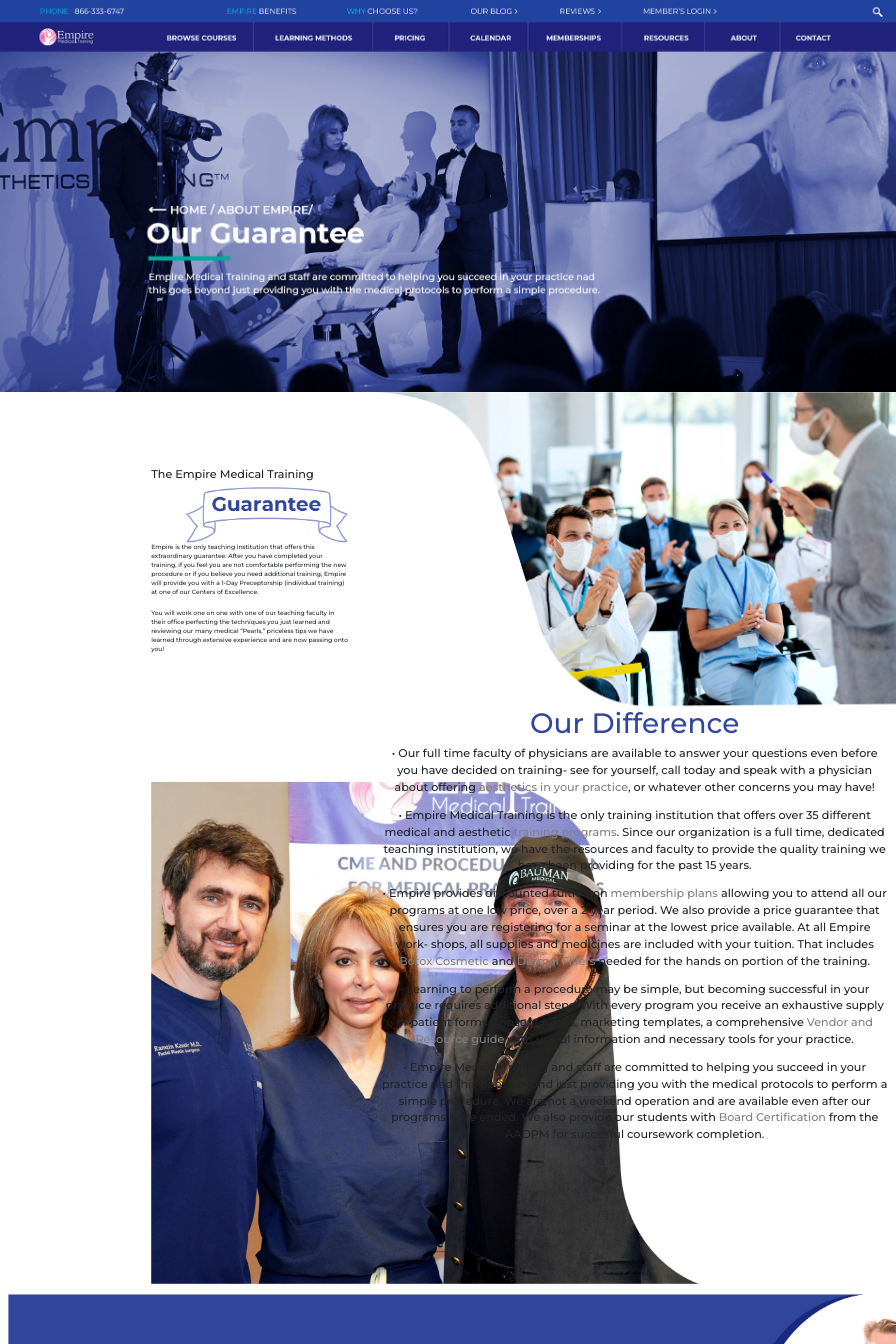
Repository: jorgi710/BODY-CONTOURING-INJECTABLES-AND-ADJUNCT-PROCEDURES
Page: our quarantee/file/src/index.html
The author's editor kept a copy of each file at every save. The page is drawn from the files as they stood at one save, then again after the next save.
The browser window is 1280 px wide. The pictures show the part of the page from y = 0 to 1920 px (the page is 6415 px tall), at 70% of full size.

Above is the page before, as saved 2021-04-06 08:46:23.

### our quarantee/file/src/index.html
<!DOCTYPE html>
<html lang="en">
  <head>
    <meta charset="UTF-8" />
    <meta http-equiv="X-UA-Compatible" content="IE=edge" />
    <meta name="viewport" content="width=device-width, initial-scale=1.0" />
    <title>Page_3</title>

    <link
      href="https://cdn.jsdelivr.net/npm/bootstrap@5.0.0-beta3/dist/css/bootstrap.min.css"
      rel="stylesheet"
      integrity="sha384-eOJMYsd53ii+scO/bJGFsiCZc+5NDVN2yr8+0RDqr0Ql0h+rP48ckxlpbzKgwra6"
      crossorigin="anonymous"
    />
    <link
      href="https://fonts.googleapis.com/css2?family=Montserrat:wght@400;500;600;700&display=swap"
      rel="stylesheet"
    />
    <link rel="stylesheet" href="../css/style.css" />
  </head>
  <body>
    <header>
      <div class="container-fluid m-0 p-0">
        <img
          src="../assets/header.jpg"
          alt="navbar"
          class="img-fluid m-0 p-0"
        />
      </div>
    </header>
    <main>
      <section class="section_1">
        <div class="container-fluid text-center">
          <div class="row">
            <div class="col-sm-12 col-md-5 text-start">
              <div class="content_section_1">
                <h1 class="bold">The Empire Medical Training</h1>
                <img src="../assets/logo_main.jpg" alt="logo" class="logo" />
                <p class="medium">
                  Empire is the only teaching institution that offers this
                  extraordinary guarantee: After you have completed your
                  training, if you feel you are not comfortable performing the
                  new procedure or if you believe you need additional training,
                  Empire will provide you with a 1-Day Preceptorship (individual
                  training) at one of our Centers of Excellence.
                </p>
                <p class="medium">
                  You will work one on one with one of our teaching faculty in
                  their office perfecting the techniques you just learned and
                  reviewing our many medical “Pearls,” priceless tips we have
                  learned through extensive experience and are now passing onto
                  you!
                </p>
              </div>
            </div>
            <div class="col-md-7 justify-content-end p-0">
              <img
                src="../assets/section_1_1_web.jpg"
                alt=""
                class="d-none d-md-block img-fluid"
              />
              <img
                src="../assets/section_1_1_mobil.jpg"
                alt=""
                class="d-md-none img-fluid"
              />
            </div>
          </div>
          <div class="row">
            <div class="col-sm-12 col-md-5">
              <img
                src="../assets/section_1_2_web.jpg"
                alt="Our difference"
                class="d-none d-md-block"
              />
              <img
                src="../assets/section_1_2_mobil.jpg"
                alt=""
                class="d-md-none"
              />
            </div>
            <div class="col-md-7">
              <h1 class="bold azul">Our Difference</h1>
              <p class="medium">
                • Our full time faculty of physicians are available to answer
                your questions even before you have decided on training- see for
                yourself, call today and speak with a physician about offering
                <span class="claro">aesthetics in your practice</span>, or
                whatever other concerns you may have!
              </p>
              <p class="medium">
                • Empire Medical Training is the only training institution that
                offers over 35 different medical and aesthetic
                <span class="claro">training programs</span>. Since our
                organization is a full time, dedicated teaching institution, we
                have the resources and faculty to provide the quality training
                we have been providing for the past 15 years.
              </p>
              <p class="medium">
                • Empire provides discounted tuition on
                <span class="claro">membership plans</span>
                allowing you to attend all our programs at one low price, over a
                2 year period. We also provide a price guarantee that ensures
                you are registering for a seminar at the lowest price available.
                At all Empire work- shops, all supplies and medicines are
                included with your tuition. That includes
                <span class="claro">Botox Cosmetic</span> and
                <span class="claro">Dermal Fillers</span> needed for the hands
                on portion of the training.
              </p>
              <p class="medium">
                • Learning to perform a procedure may be simple, but becoming
                successful in your practice requires additional steps. With
                every program you receive an exhaustive supply of patient forms,
                consent forms, marketing templates, a comprehensive
                <span class="claro">Vendor and Resource guide</span> with useful
                information and necessary tools for your practice.
              </p>
              <p class="medium">
                • Empire Medical Training and staff are committed to helping you
                succeed in your practice nad this goes beyond just providing you
                with the medical protocols to perform a simple procedure. We are
                not a weekend operation and are available even after our
                programs have ended. We also provide our students with
                <span class="claro"> Board Certification</span> from the AAOPM
                for succesful coursework completion.
              </p>
            </div>
          </div>
        </div>
      </section>
      <section class="section_2">
        <div class="container-fluid">
          <img src="../assets/section_2.jpg" alt="Meet Our Trusted Faculty" />

          <div class="content">
            <h1>Meet Our Trusted Faculty</h1>
            <p>
              Empire Medical Training celebrates 15 years of success in training
              physicians and health care professionals. We believe our success
              is due, in part, to the extra things our organization and faculty
              provide for you.
            </p>
            <button class="btn btn-danger"><h3>Meet Faculty</h3></button>
          </div>
        </div>
      </section>
      <section class="section_3">
        <div>
          <h1 class="negro bold">
            <span class="azul">Background &</span> Achievements
          </h1>
          <p class="medium">
            Now a little about Empire Medical Training’s background and
            achievements: Why Empire is committed to excellence:
          </p>
          <p class="medium">
            Empire Medical Training celebrates our 22nd year of training and we
            remain the #1 medical training and certification CME Medical and
            Aesthetic workshops offered each year, Empire has trained over
            125,000 Physicians, Dentists, Nurses, and other Health Care
            Professionals. With countless
            <span class="claro">testimonials</span> from satisfied attendees, we
            stand behind our programs and provide a complete satisfaction
            guarantee. source worldwide.
          </p>
          <p class="medium">
            Empire has acquired a distinguished reputation in education and
            serves as a training facility for Allergan (Botox, Juvederm) and
            Medicis (Restylane), along with many of the largest Aesthetic Laser
            Manufacturers. In addition, Empire is proud to have been chosen by
            the Florida Dental Association (FDA) to train their member Dentists
            in Botox Cosmetic and other Aesthetic Procedures.
          </p>
          <p class="medium">
            At Empire, we believe our success is dependent on you receiving
            quality training and instruction. Empire Medical Training is a
            nationally recognized CME Training Institution for Physicians,
            Dentists, Nurses and other Health Care Professionals.
          </p>
        </div>
        <div class="row">
          <div class="col-sm-12 col-md-6">
            <p class="medium">
              In addition to training at resort hotels, Empire has pioneered the
              first <span class="claro">premier Medical Spa</span> in Fort
              Lauderdale, Florida where physicians can enjoy training on actual
              patients and receive classroom didactic presentations. This
              facility has been designed specifically for training purposes
              utilizing state of the art aesthetic lasers and medical spa
              equipment along with modern classroom facilities and training
              aids. All courses are conducted by Physicians and other
              Specialists in Aesthetics, Pain Management, Surgery, and Medicine.
              Not by less qualified Instructors.
            </p>
            <p class="medium">
              Empire has achieved an outstanding reputation through a
              distinguished faculty of Physician specialists. Your training will
              be conducted by Physicians and other Specialists in Aesthetics,
              Pain Management, Surgery, and Medicine. We believe it is important
              for attendees to be exposed to a faculty of instructors for a more
              complete understanding of the topic, rather than just 1 part time
              physician or nurse instructor like many training companies do.
              Beware of start up seminar companies who employ less qualified
              personnel for your training, or local doctors’ offices with
              impressive web sites looking to supplement their income by
              offering inferior or incomplete training as a side job.
            </p>
          </div>
          <div class="col-sm-12 col-md-6">
            <img
              src="../assets/section_3_web.jpg"
              alt="background achievements"
              class="d-none d-md-block"
            />
            <img
              src="../assets/section_3_mobil.jpg"
              alt="background achievements"
              class="d-md-none"
            />
          </div>
        </div>
      </section>
      <section class="section_4">
        <img src="../assets/section_4.jpg" alt="aesthetics starter kit" />
      </section>
      <section class="section_5">
        <div class="row">
          <div class="col-sm-12 col-md-6">
            <img
              src="../assets/section_5_web.jpg"
              alt="empire"
              class="d-none d-md-block"
            />
            <img
              src="../assets/section_5_mobile.jpg"
              alt="empire"
              class="d-md-none"
            />
          </div>
          <div class="col-md-6">
            <h1 class="bold">
              The Programs at Empire are Actually
              <span class="azul">Hands On</span>
            </h1>
            <p class="medium">
              Many seminar companies claim you will receive hands on training
              but they can not, or, are not qualified to provide this
              experience. During our Aesthetic Programs, Empire attendees will
              inject live patients with real, authentic products – not saline)
              and perform other procedures depending on the topic. During other
              esthetic training and our medical procedures’ training, attendees
              will work on
              <span class="claro">Cadavers from the Medical School</span>
              University lab along with volunteer patients and models.
            </p>
            <p class="medium">
              Empire works with a variety of the largest medical equipment
              manufacturers to help provide the training which requires
              equipment usage, i.e. Aesthetic Lasers and Supplies, Ultrasound, X
              Ray, etc. This variety is essential for attendees to gain a
              complete understanding of the technologies available rather than
              just a limited exposure. You will never see only 1 or 2 laser
              manufacturers at our programs. Beware of training institutions who
              have arrangements with only 1 or 2 vendors.
            </p>
          </div>
        </div>
        <p class="medium">
          Deciding on where you receive you training is an important decision
          and should be made carefully. Make sure your instructors are Physician
          Specialists in their field, i.e. Plastic Surgery and are part of a
          faculty of the institution. Simply reading some instructions is not
          enough, quality instruction means going beyond the technical details
          and into the <span class="claro">“pearls”</span> that make your
          patients happy and give you the reputation you want. Beware of less
          qualified personnel. Be sure the training institution is dedicated to
          training and not a part time doctors office/ seminar company. Make
          sure the programs are fully accredited by a medical academy and not
          “co sponsored” by another institution. Most importantly, beware of
          unrealistic promises and look for training that can and will provide
          Hands- On experience. There is no other effective way to learn
          procedural skills. Empire Medical Training is dedicated to your
          success and we encourage you to ask questions with whomever you decide
          to be trained by.
        </p>
      </section>
    </main>
    <footer>
      <img src="../assets/footer.jpg" alt="footer" class="img-fluid" />
    </footer>
  </body>
</html>

### our quarantee/file/css/style.css
@import url("https://fonts.googleapis.com/css2?family=Montserrat:wght@400;500;600;500&display=swap");
* {
  box-sizing: border-box;
  font-family: var(--fuente);
}
header,
section {
  overflow-x: hidden;
}
:root {
  --fuente: "Montserrat", cursive;
  --azul: #31469d;
  --clarito: #808080;
  --negro: #000000;
  --regular: 400;
  --medium: 500;
  --semi_bold: 600;
  --bold: 500;
}
.regular {
  font-weight: 400;
}
.medium {
  font-weight: 500;
}
.semi {
  font-weight: 600;
}
.bold {
  font-weight: 500;
}
.azul {
  color: #31469d;
}
.claro {
  color: #808080;
}
.negro {
  color: #000000;
}
.section_1 .row .col-md-5 {
  padding: 15vmin 5vmin;
  padding-bottom: 2vmin;
  padding-left: 30vmin;
}
.section_1 .row .col-md-7 img {
  width: 100%;
}
.section_1 .row .col-md-5 h1 {
  font-size: medium;
}
.section_1 .row .col-md-5 p {
  font-size: 1.2vmin;
}
.section_1 .row .col-md-5 .logo {
  width: 100%;
  padding-left: 7vmin;
}

After the next save:
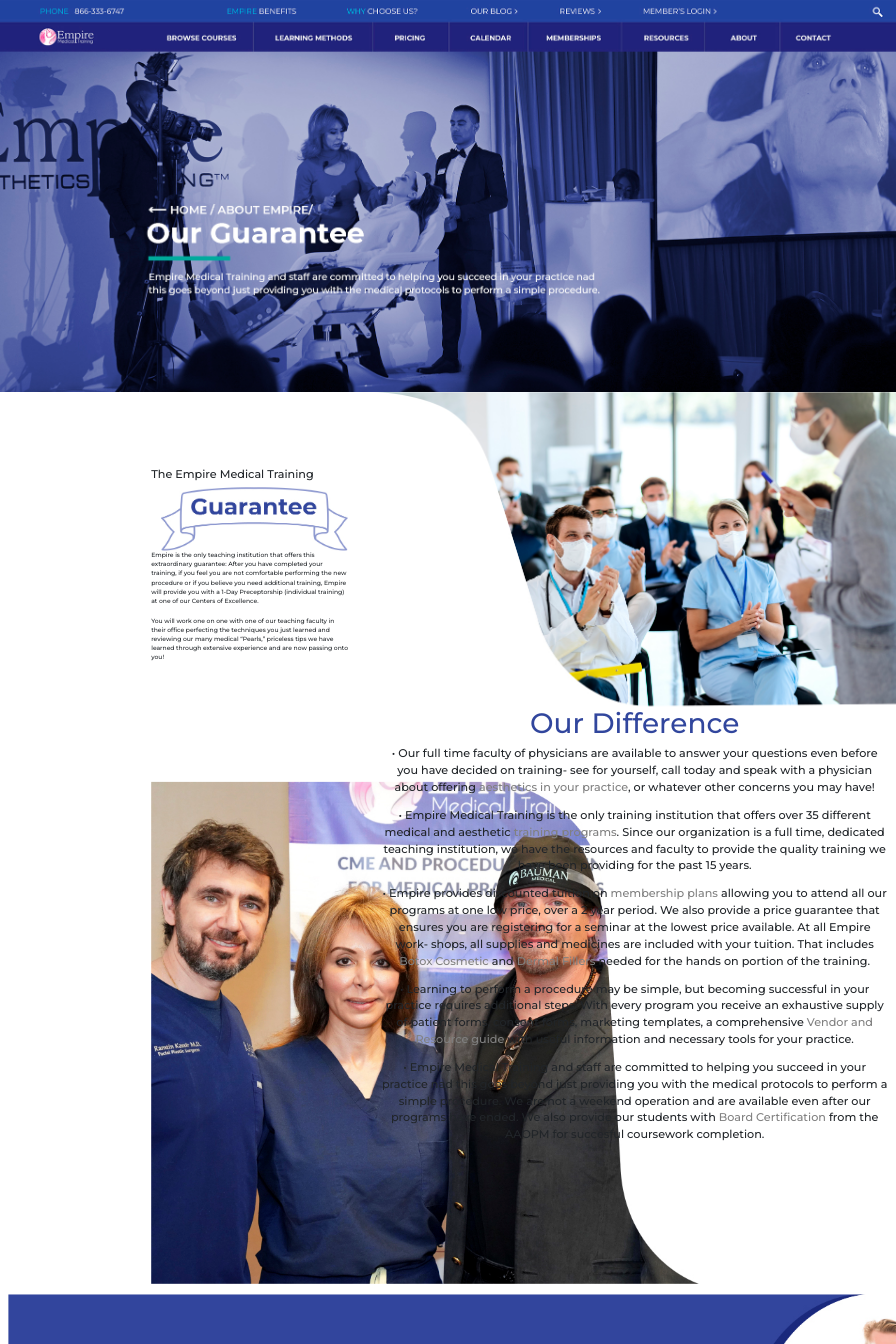
Saved 12 s later.
--- a/our quarantee/file/css/style.css
+++ b/our quarantee/file/css/style.css
@@ -54,5 +54,5 @@
 }
 .section_1 .row .col-md-5 .logo {
   width: 100%;
-  padding-left: 7vmin;
+  padding-left: 2vmin;
 }
